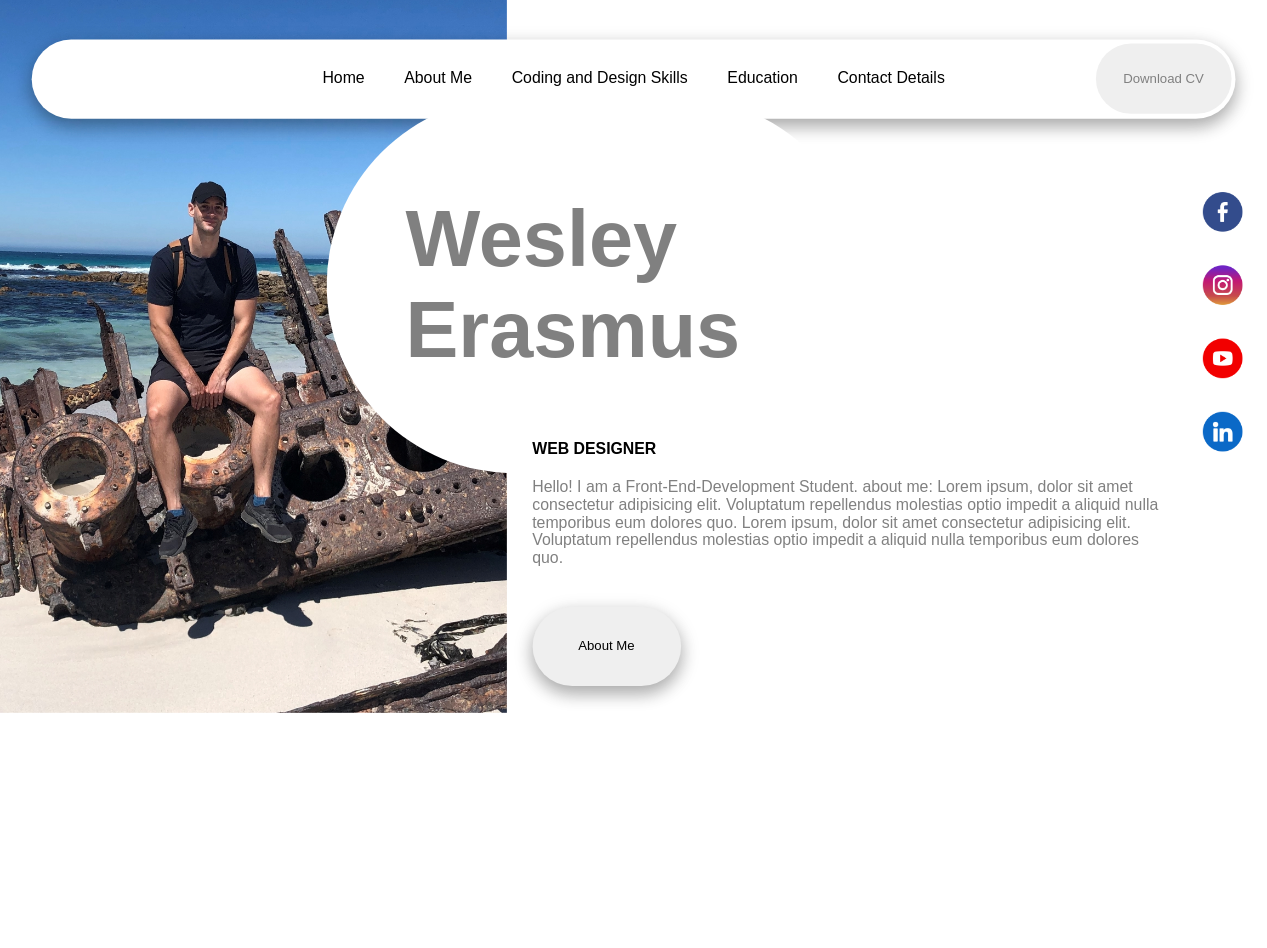
Repository: WesleyErasmus/MyDigitalResume-4
Page: index.html
An editor plug-in stored every save of this project. The page is shown before and after the next save, followed by the edit.
The browser window is 1280 px wide. The pictures show the whole page, at 99% of full size.
The pointer rests on the first visible `button`.

Above is the page before, as saved 2022-02-20 19:31:18.

After the next save:
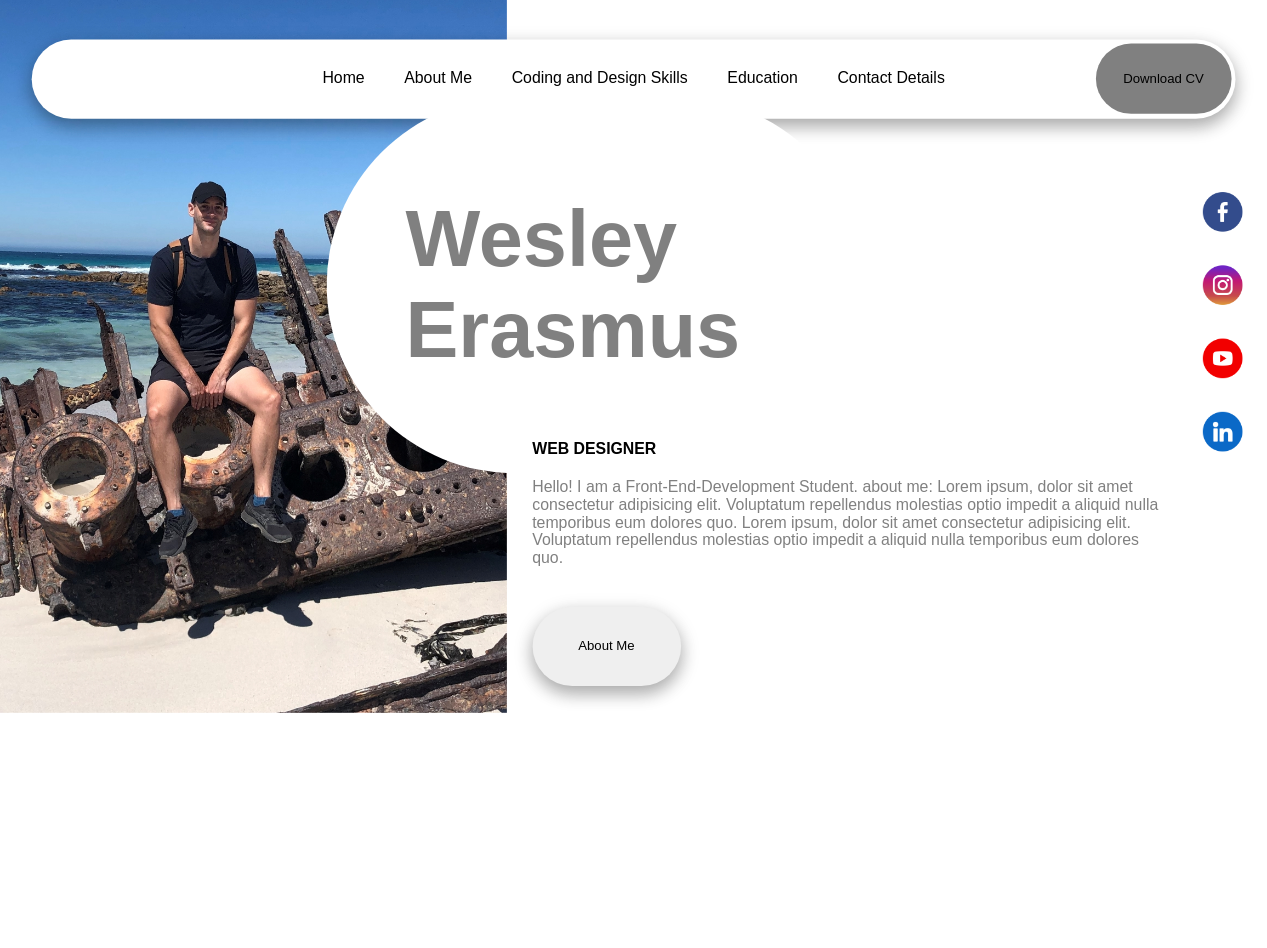
Saved 15 s later.
--- a/stylesheet.css
+++ b/stylesheet.css
@@ -121,7 +121,7 @@
     box-shadow: 0 8px 16px 0 rgba(0, 0, 0, 0.2), 0 6px 20px 0 rgba(0, 0, 0, 0.19);
 }
 button:hover {
-    color: gray;
+    background-color: gray;
 }
 a:link {
     color: black;

After the save that followed:
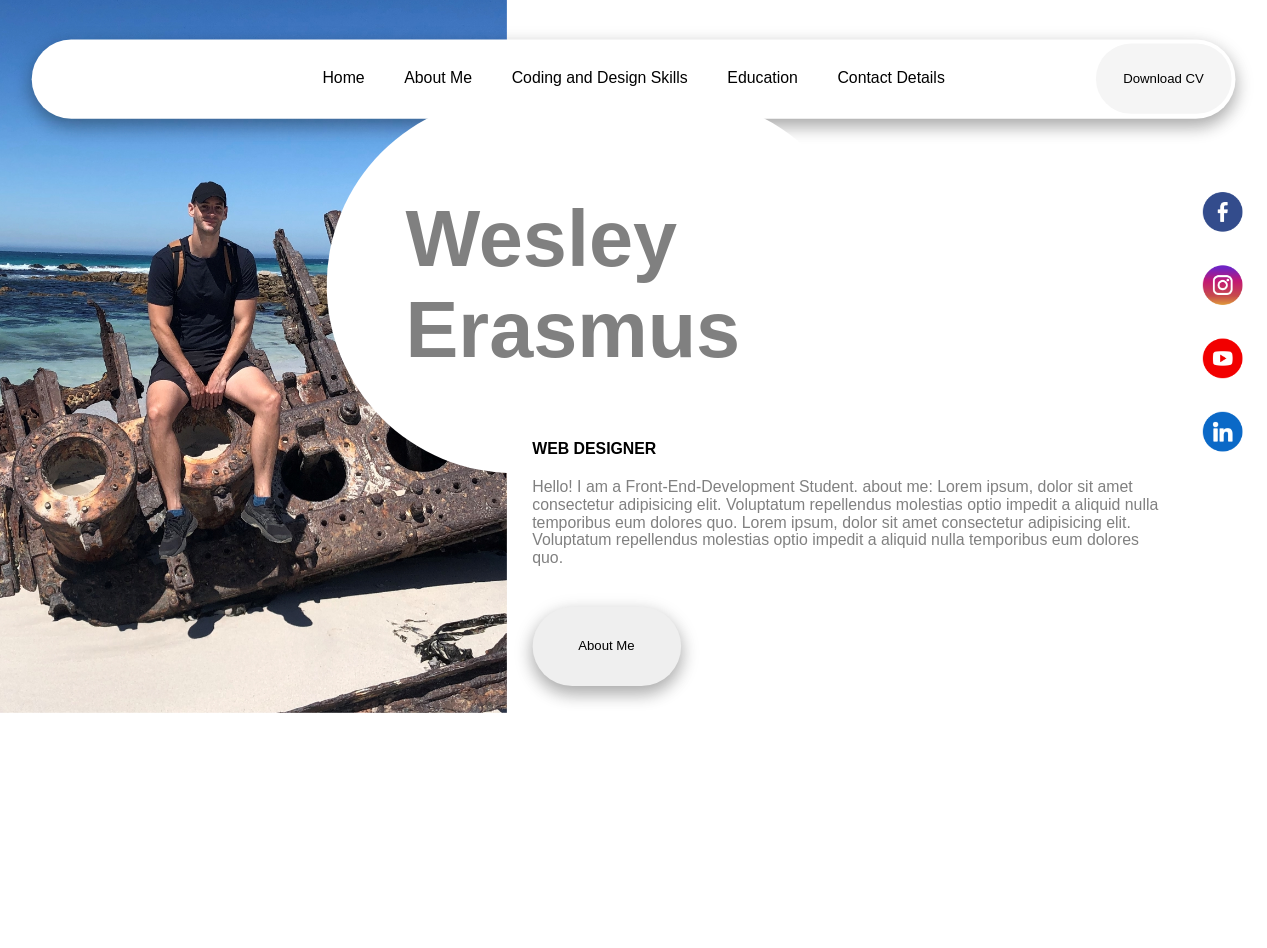
Saved 21 s later.
--- a/stylesheet.css
+++ b/stylesheet.css
@@ -121,7 +121,7 @@
     box-shadow: 0 8px 16px 0 rgba(0, 0, 0, 0.2), 0 6px 20px 0 rgba(0, 0, 0, 0.19);
 }
 button:hover {
-    background-color: gray;
+    background-color: whitesmoke;
 }
 a:link {
     color: black;
